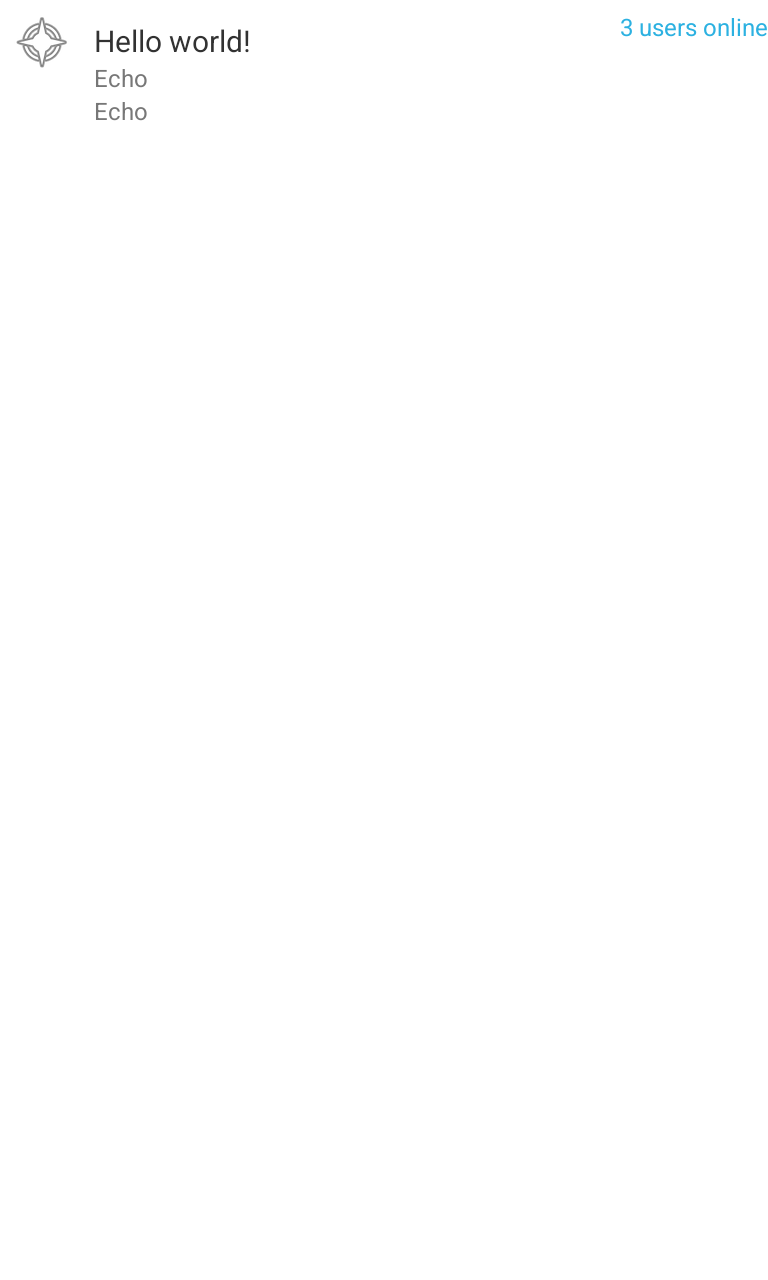
Repository: Team-Echo/CSTIB-Echo
Layout: EchoAndroid/res/layout/conv_list_row.xml
These files come from the project's save history. The layout is drawn as it stood at one moment and after the next save; the edit follows.
It is drawn on a 768 x 1280 px phone screen (xhdpi) without system bars, with theme AppTheme; the app's code is not run.

Above is the layout before, as saved 2014-01-29 18:30:58.

### EchoAndroid/res/layout/conv_list_row.xml
<?xml version="1.0" encoding="utf-8"?>
<RelativeLayout xmlns:android="http://schemas.android.com/apk/res/android"
    android:layout_width="fill_parent"
    android:layout_height="match_parent" >

    <ImageView
        android:id="@+id/rowImage"
        android:layout_width="wrap_content"
        android:layout_height="wrap_content"
        android:layout_alignParentLeft="true"
        android:layout_alignParentTop="true"
        android:layout_margin="5dp"
        android:contentDescription="@string/app_name"
        android:src="@android:drawable/ic_menu_compass" />

    <TextView
        android:id="@+id/convNameRow"
        android:layout_width="wrap_content"
        android:layout_height="wrap_content"
        android:layout_alignTop="@+id/rowImage"
        android:layout_marginBottom="0dp"
        android:layout_marginLeft="5dp"
        android:layout_marginTop="5dp"
        android:layout_toLeftOf="@+id/convOnlineRow"
        android:layout_toRightOf="@+id/rowImage"
        android:ems="10"
        android:text="@string/hello_world"
        android:textSize="15sp" >

    </TextView>

    <TextView
        android:id="@+id/convUsersRow"
        android:layout_width="wrap_content"
        android:layout_height="wrap_content"
        android:layout_alignLeft="@+id/convNameRow"
        android:layout_alignRight="@+id/convNameRow"
        android:layout_below="@+id/convNameRow"
        android:layout_marginBottom="0dp"
        android:ems="10"
        android:text="@string/app_name"
        android:textSize="12sp"
        android:textColor="#777777" />

    <TextView
        android:id="@+id/convTagsRow"
        android:layout_width="wrap_content"
        android:layout_height="wrap_content"
        android:layout_alignLeft="@+id/convUsersRow"
        android:layout_alignRight="@+id/convUsersRow"
        android:layout_below="@+id/convUsersRow"
        android:layout_marginBottom="5dp"
        android:ems="10"
        android:text="@string/app_name"
        android:textSize="12sp"
        android:textColor="#777777" />

    <TextView
        android:id="@+id/convOnlineRow"
        android:layout_width="wrap_content"
        android:layout_height="wrap_content"
        android:layout_alignParentRight="true"
        android:layout_alignTop="@+id/rowImage"
        android:text="3 users online"
        android:textColor="@color/midBlue"
        android:textSize="12sp" />

</RelativeLayout>

### EchoAndroid/res/values/strings.xml
<?xml version="1.0" encoding="utf-8"?>
<resources>

    <string name="app_name">Echo</string>
    <string name="action_settings">Settings</string>
    <string name="hello_world">Hello world!</string>
    <string name="username">Username</string>
    <string name="echoLogo">Echo Logo</string>
    <string name="login">Login</string>
    <string name="password">password</string>

</resources>

### EchoAndroid/res/values/colors.xml
<?xml version="1.0" encoding="utf-8"?>
<resources>
    <color name="background">#3f3f3f</color>
    <color name="textInputColor">#bfbfbf</color>
    <color name="buttonBackground">#0099cc</color>
    <color name="white">#ffffff</color>
    <color name="black">#000000</color>
    <color name="lightBlue">#e2f4fb</color>
    <color name="midBlue">#2cb1e1</color>

</resources>

Loaded but not shown: EchoAndroid/res/values/styles.xml (common file); EchoAndroid/res/values-v11/styles.xml (common file); EchoAndroid/res/values-v14/styles.xml (common file)

After the next save:
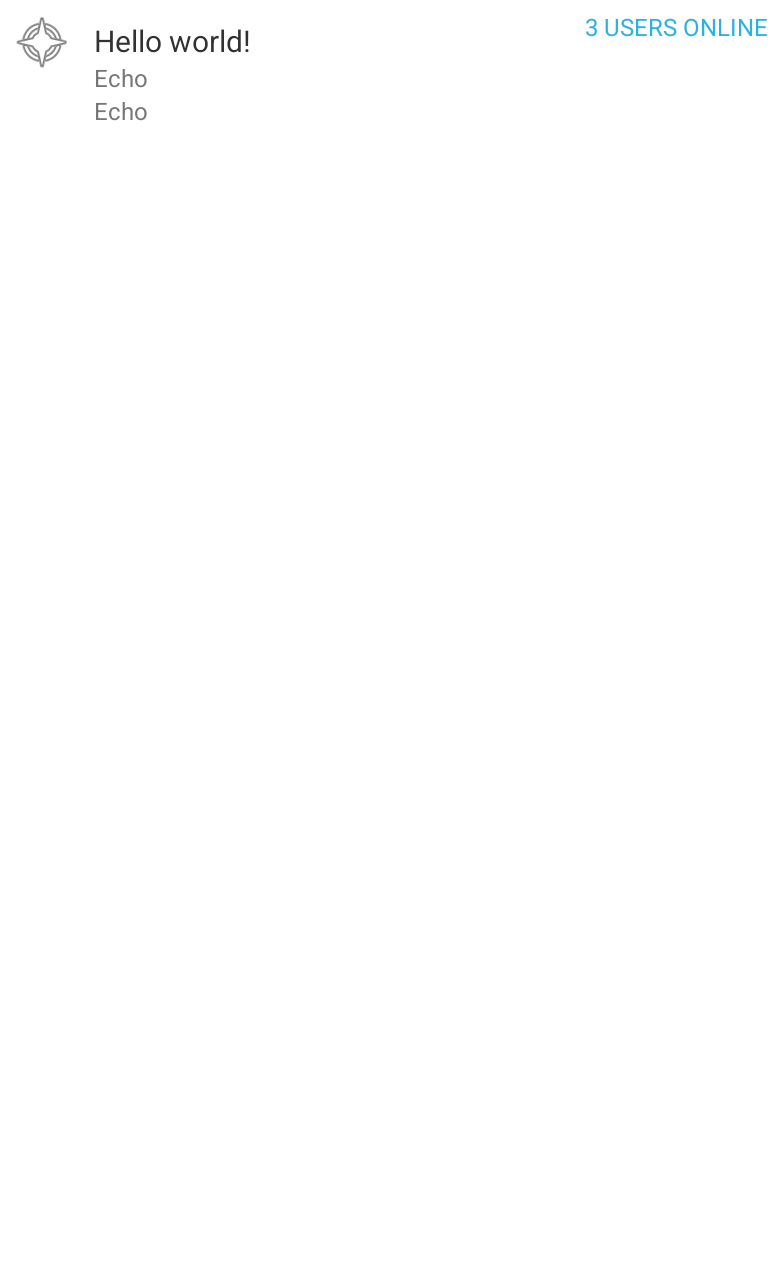
Saved 49 s later.
--- a/EchoAndroid/res/layout/conv_list_row.xml
+++ b/EchoAndroid/res/layout/conv_list_row.xml
@@ -62,6 +62,7 @@
         android:layout_alignParentRight="true"
         android:layout_alignTop="@+id/rowImage"
         android:text="3 users online"
+        android:textAllCaps="true"
         android:textColor="@color/midBlue"
         android:textSize="12sp" />
 
